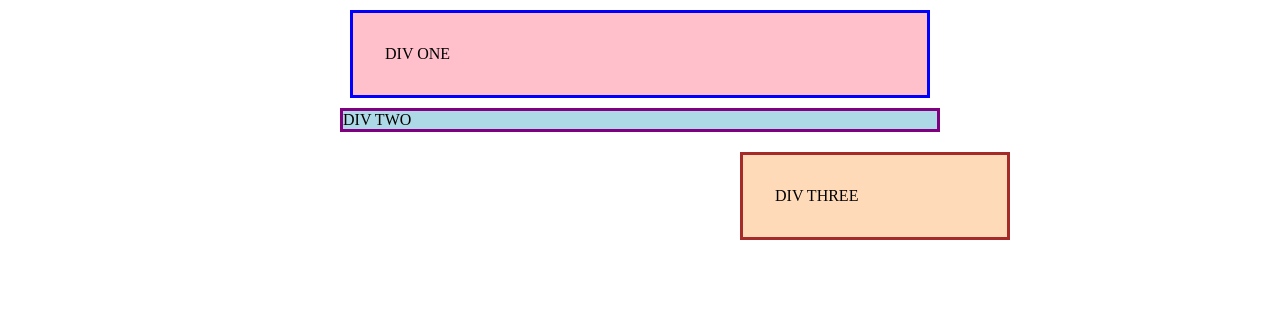
Repository: evemcd/odin_project
Page: 05-odin-css-margin-padding/01-margin-padding-1/index.html
The author's editor kept a copy of each file at every save. The page is drawn from the files as they stood at one save, then again after the next save.
The browser window is 1280 px wide. The pictures show the whole page.

Above is the page before, as saved 2022-02-02 11:33:12.

### 05-odin-css-margin-padding/01-margin-padding-1/index.html
<!DOCTYPE html>
<html lang="en">

<head>
    <meta charset="UTF-8">
    <meta http-equiv="X-UA-Compatible" content="IE=edge">
    <meta name="viewport" content="width=device-width, initial-scale=1.0">
    <title>Margin and Padding exercise</title>
    <link rel="stylesheet" href="style.css">
</head>

<body>
    <div class="one">
        DIV ONE
    </div>
    <div class="two">
        DIV TWO
    </div>
    <div class="three">
        DIV THREE
    </div>
</body>

</html>

### 05-odin-css-margin-padding/01-margin-padding-1/style.css
body {
    max-width: 600px;
    margin: 0 auto;
}

.one {
    background: pink;
    border: 3px solid blue;
    /* CHANGE ME */
    padding: 32px;
    margin: 10px;
}

.two {
    background: lightblue;
    border: 3px solid purple;
    /* CHANGE ME */
    margin-bottom: 20px;
}

.three {
    background: peachpuff;
    border: 3px solid brown;
    width: 200px;
    /* CHANGE ME */
    padding: 32px;
    margin-left: 400px;
}

After the next save:
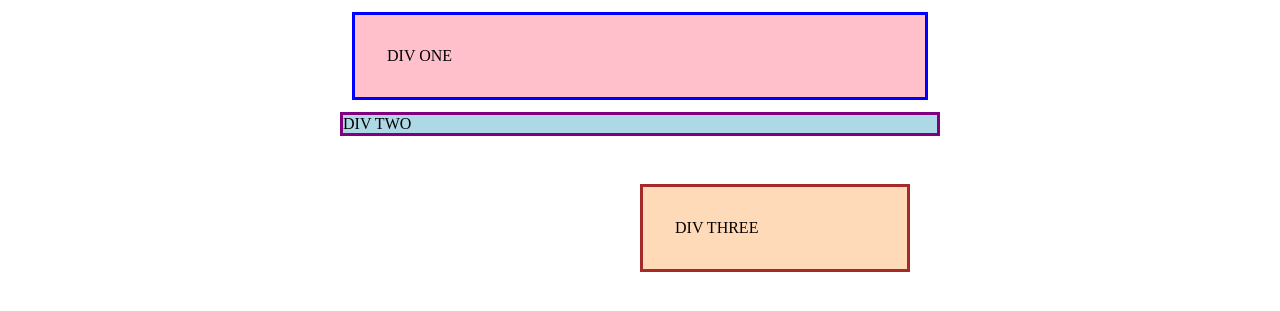
Saved 63 s later.
--- a/05-odin-css-margin-padding/01-margin-padding-1/style.css
+++ b/05-odin-css-margin-padding/01-margin-padding-1/style.css
@@ -8,14 +8,14 @@ body {
     border: 3px solid blue;
     /* CHANGE ME */
     padding: 32px;
-    margin: 10px;
+    margin: 12px;
 }
 
 .two {
     background: lightblue;
     border: 3px solid purple;
     /* CHANGE ME */
-    margin-bottom: 20px;
+    margin-bottom: 48px;
 }
 
 .three {
@@ -24,5 +24,5 @@ body {
     width: 200px;
     /* CHANGE ME */
     padding: 32px;
-    margin-left: 400px;
+    margin-left: 300px;
 }
